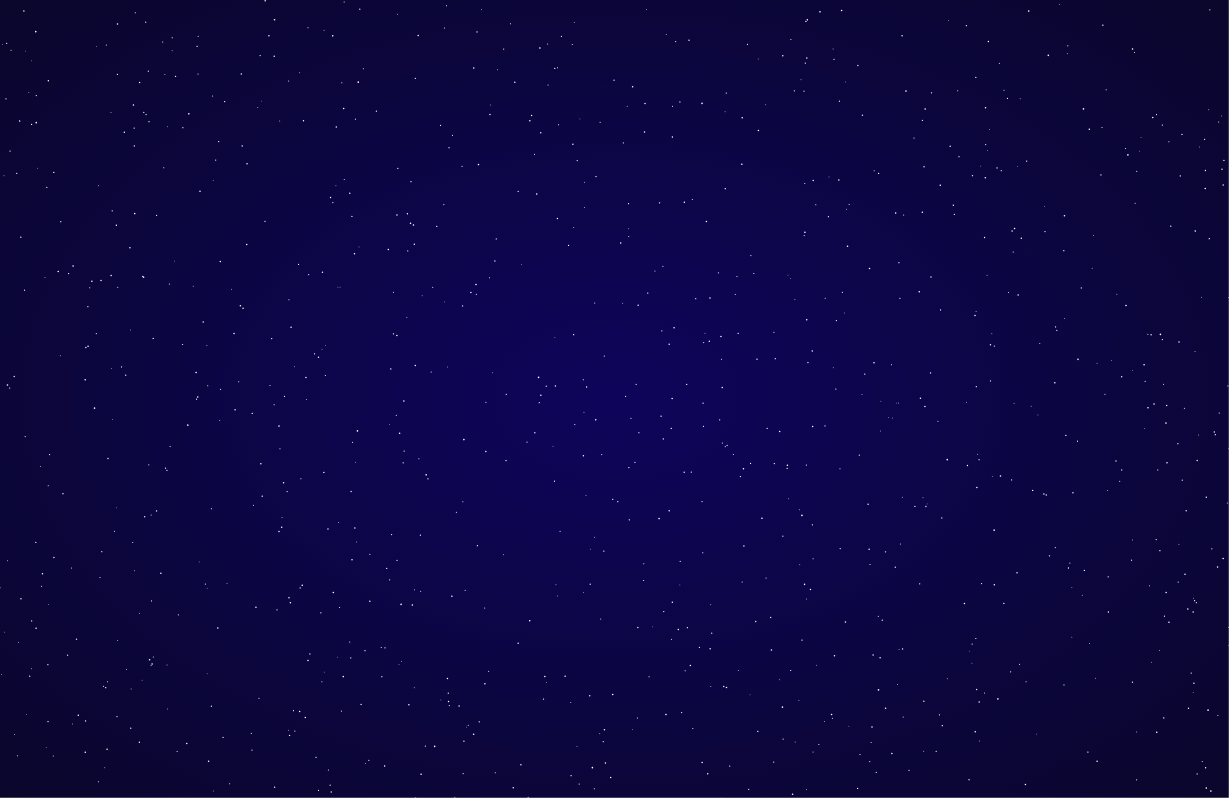
Repository: david-william19/david-william
Page: /
An editor plug-in stored every save of this project. The page is shown before and after the next save, followed by the edit.
The browser window is 1280 px wide. The pictures show the whole page, at 96% of full size.
The project was rebuilt for these pictures with package versions that can differ from the ones it lists, and the page was loaded fresh each time. The framework's server and built-in components were replaced by stand-ins that run in the browser. Also part of the build but not shown: next.config.js, next.config.ts, vite.config.ts.

Above is the page before, as saved 2024-10-26 22:49:29.

### src/app/layout.tsx
import type { Metadata } from "next";
import localFont from "next/font/local";
import "./globals.css";
import Image from "next/image";

const geistSans = localFont({
  src: "./fonts/GeistVF.woff",
  variable: "--font-geist-sans",
  weight: "100 900",
});
const geistMono = localFont({
  src: "./fonts/GeistMonoVF.woff",
  variable: "--font-geist-mono",
  weight: "100 900",
});

export const metadata: Metadata = {
  title: "Create Next App",
  description: "Generated by create next app",
};

export default function RootLayout({
  children,
}: Readonly<{
  children: React.ReactNode;
}>) {
  return (
    <html lang="en">
      <body
        className={`${geistSans.variable} ${geistMono.variable} antialiased`}
      >
        <div className="w-full min-h-screen bg-radial-space">
            <Image
                className="w-full"
                src={"/images/stars.svg"}
                alt="stars"
                width={1920}
                height={1080}
            />
            {children}
        </div>
      </body>
    </html>
  );
}

### src/app/(home)/layout.tsx
import type { Metadata } from "next";
import "./globals.css";
import NavbarComponent from "@/components/navbar";
import { Open_Sans } from "next/font/google";
import localFont from "next/font/local";
import ReactQueryProvider from "@/providers/ReactQueryProvider";
import SmoothScrollProvider from "@/providers/SmoothScrollProvider";
import React from "react";

export const metadata: Metadata = {
  title: "David's Portfolio",
  description: "front end developer who loves to code",
};

const openSans = Open_Sans({
  subsets: ['latin'],
  variable: "--font-sans"
})

const thunderFont = localFont({
  src: [
    {
      path: "./fonts/Thunder-ExtraBoldLC.woff",
      weight: "800",
      style: "normal",
    },
    {
      path: "./fonts/Thunder-LC.woff",
      weight: "400",
      style: "normal",
    },
    {
      path: "./fonts/Thunder-LightLC.woff",
      weight: "300",
      style: "normal",
    },
    {
      path: "./fonts/Thunder-MediumLC.woff",
      weight: "500",
      style: "normal",
    },
    {
      path: "./fonts/Thunder-SemiBoldLC.woff",
      weight: "600",
      style: "normal",
    }
  ],
  variable: "--font-thunder"
})

export default function RootLayout({
  children,
}: Readonly<{
  children: React.ReactNode;
}>) {
  return (
    <html lang="en">
      <head>
        <link rel="icon" href="/favicon.ico" sizes="any" />
      </head>
      <body
        className={`${openSans.variable} ${thunderFont.variable} antialiased`}
      >
        <div className="w-full bg-[#07131c] h-screen">
          <ReactQueryProvider>
            <SmoothScrollProvider>
            <React.Fragment>
            <NavbarComponent />
            {children}
            </React.Fragment>
            </SmoothScrollProvider>
          </ReactQueryProvider>
        </div>
      </body>
    </html>
  );
}

### src/app/(home)/(page)/page.tsx

export default function Page() {
    return (
        <div>
            Hello world
        </div>
    );
}

### src/components/navbar/index.tsx
import Image from "next/image";

export default function NavbarComponent() {
    return (
        <nav className="w-full lg:pt-[61px] flex justify-between">
            <Image
                alt="logo-david"
                src={"/images/logo-david.png"}
                width={103}
                height={103}
            />

            <ul className="rounded-full p-[8px] bg-[#9B95DE] flex list-none">
                <li className="px-5 py-2.5">
                    Home
                </li>
                <li className="px-5 py-2.5">
                    Project
                </li>
                <li className="px-5 py-2.5">
                    Posts
                </li>
                <li className="px-5 py-2.5">
                    About
                </li>
            </ul>
        </nav>
    )
}

### src/providers/ReactQueryProvider.tsx
"use client";

import { QueryClientProvider, QueryClient } from "react-query";
import { useState } from "react";

const ReactQueryProvider = ({ children }: { children: React.ReactNode }) => {
  const [queryClient] = useState(() => new QueryClient());

  return (
    <QueryClientProvider client={queryClient}>{children}</QueryClientProvider>
  );
};

export default ReactQueryProvider;

### src/providers/SmoothScrollProvider.tsx
import {ReactLenis} from "lenis/react"
import React from "react"

export default function SmoothScrollProvider({children} : {children: React.ReactElement})  {

    return (
        <ReactLenis root>
            {children}
        </ReactLenis>
    )
}

### tailwind.config.ts
import type { Config } from "tailwindcss";

const config: Config = {
  content: [
    "./src/pages/**/*.{js,ts,jsx,tsx,mdx}",
    "./src/components/**/*.{js,ts,jsx,tsx,mdx}",
    "./src/app/**/*.{js,ts,jsx,tsx,mdx}",
  ],
  theme: {
    extend: {
      colors: {
        background: "var(--background)",
        foreground: "var(--foreground)",
      },
      backgroundImage: {
        "radial-space": "radial-gradient(#0E055B 0%, #0A062B 100%)",
      },
    },
  },
  plugins: [],
};
export default config;

Loaded but not shown: src/app/globals.css (common file)

After the next save:
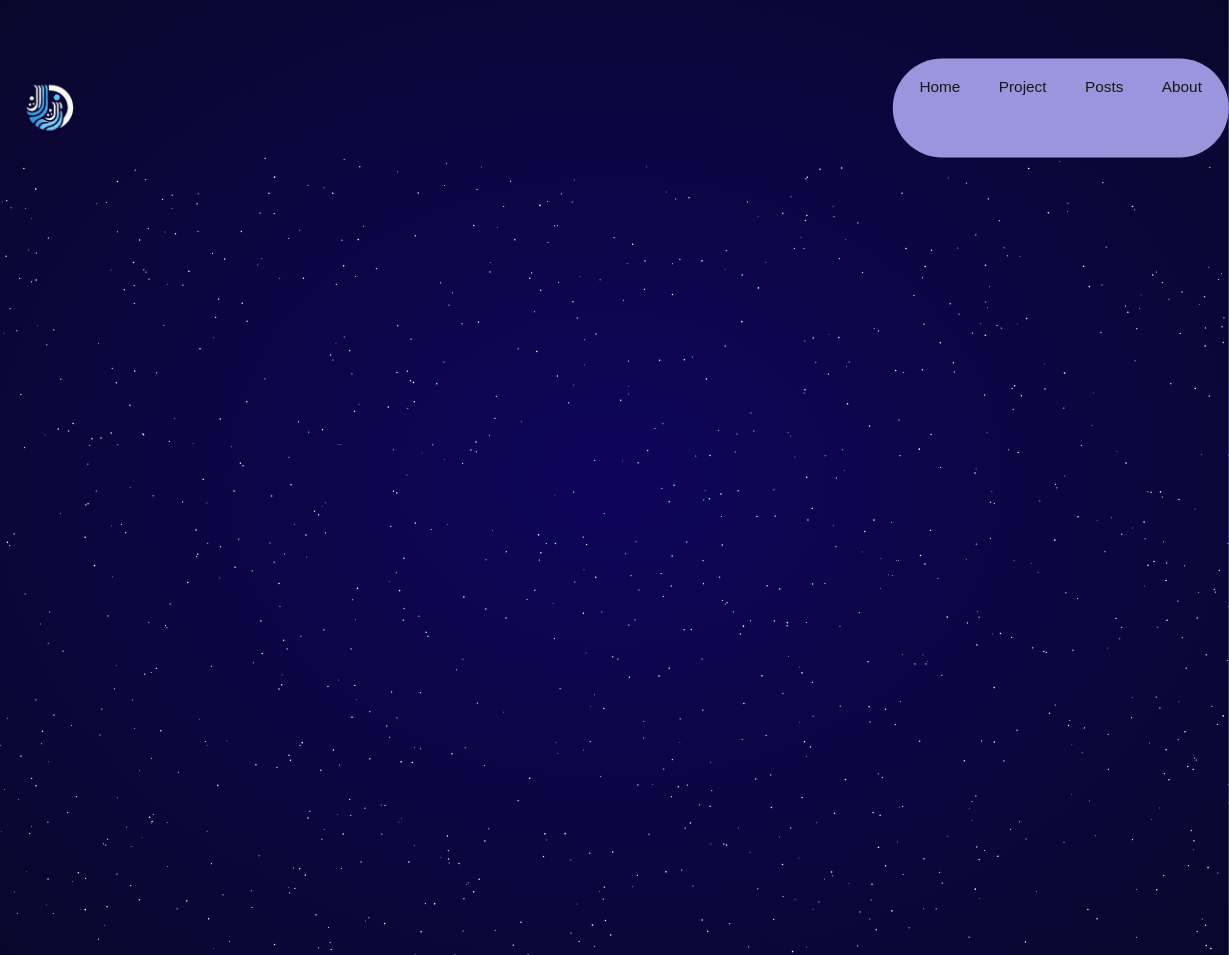
Saved 25 s later.
--- a/src/app/layout.tsx
+++ b/src/app/layout.tsx
@@ -2,6 +2,7 @@ import type { Metadata } from "next";
 import localFont from "next/font/local";
 import "./globals.css";
 import Image from "next/image";
+import NavbarComponent from "@/components/navbar";
 
 const geistSans = localFont({
   src: "./fonts/GeistVF.woff",
@@ -30,6 +31,7 @@ export default function RootLayout({
         className={`${geistSans.variable} ${geistMono.variable} antialiased`}
       >
         <div className="w-full min-h-screen bg-radial-space">
+          <NavbarComponent />
             <Image
                 className="w-full"
                 src={"/images/stars.svg"}
